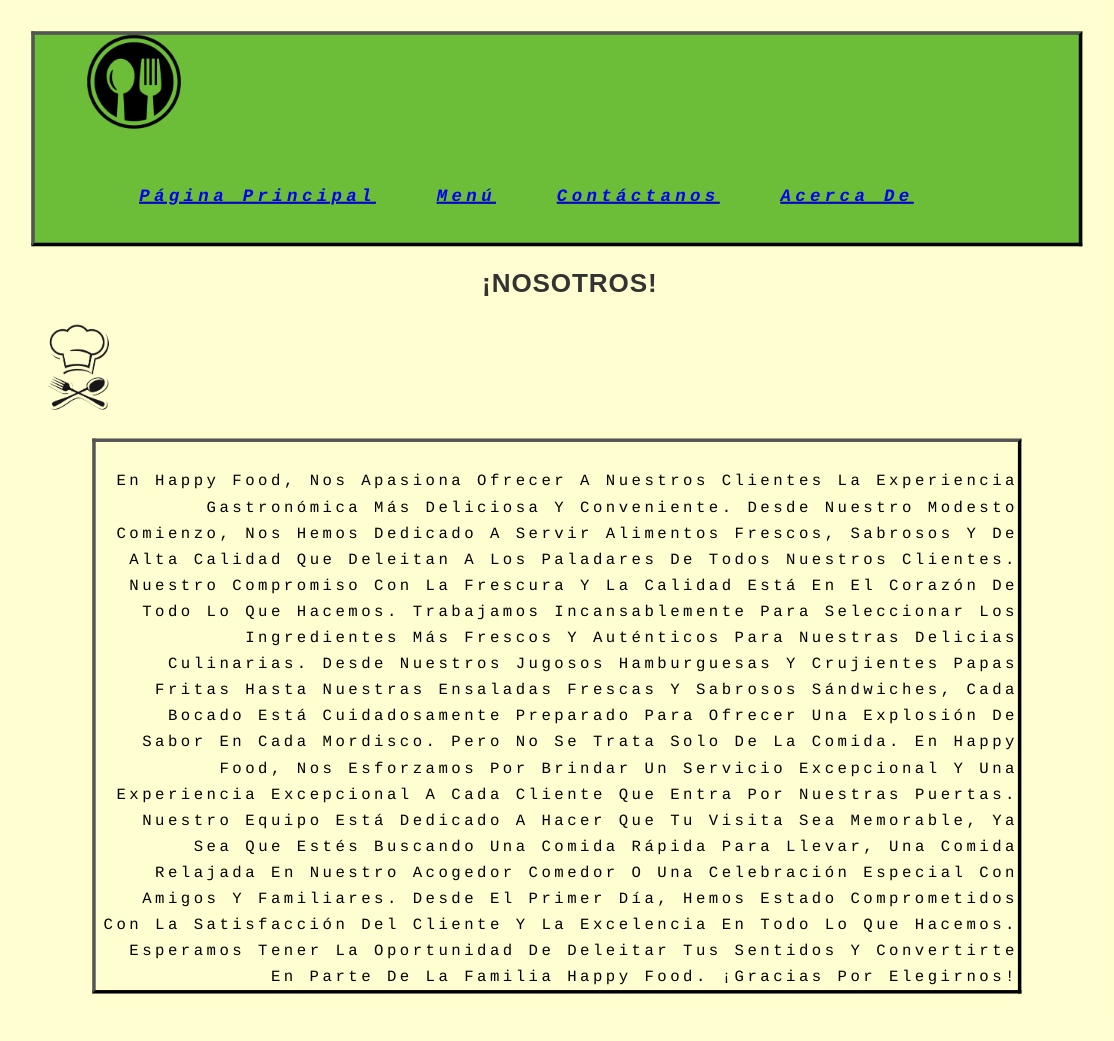
Repository: UVMCoyoacan/eq06_sitio1
Page: Carpeta docs/acercade.html
These files come from the project's save history. The page is drawn as it stood at one moment and after the next save; the edit follows.
The browser window is 1280 px wide. The pictures show the whole page, at 87% of full size.

Above is the page before, as saved 2024-03-08 11:55:06.

After the next save:
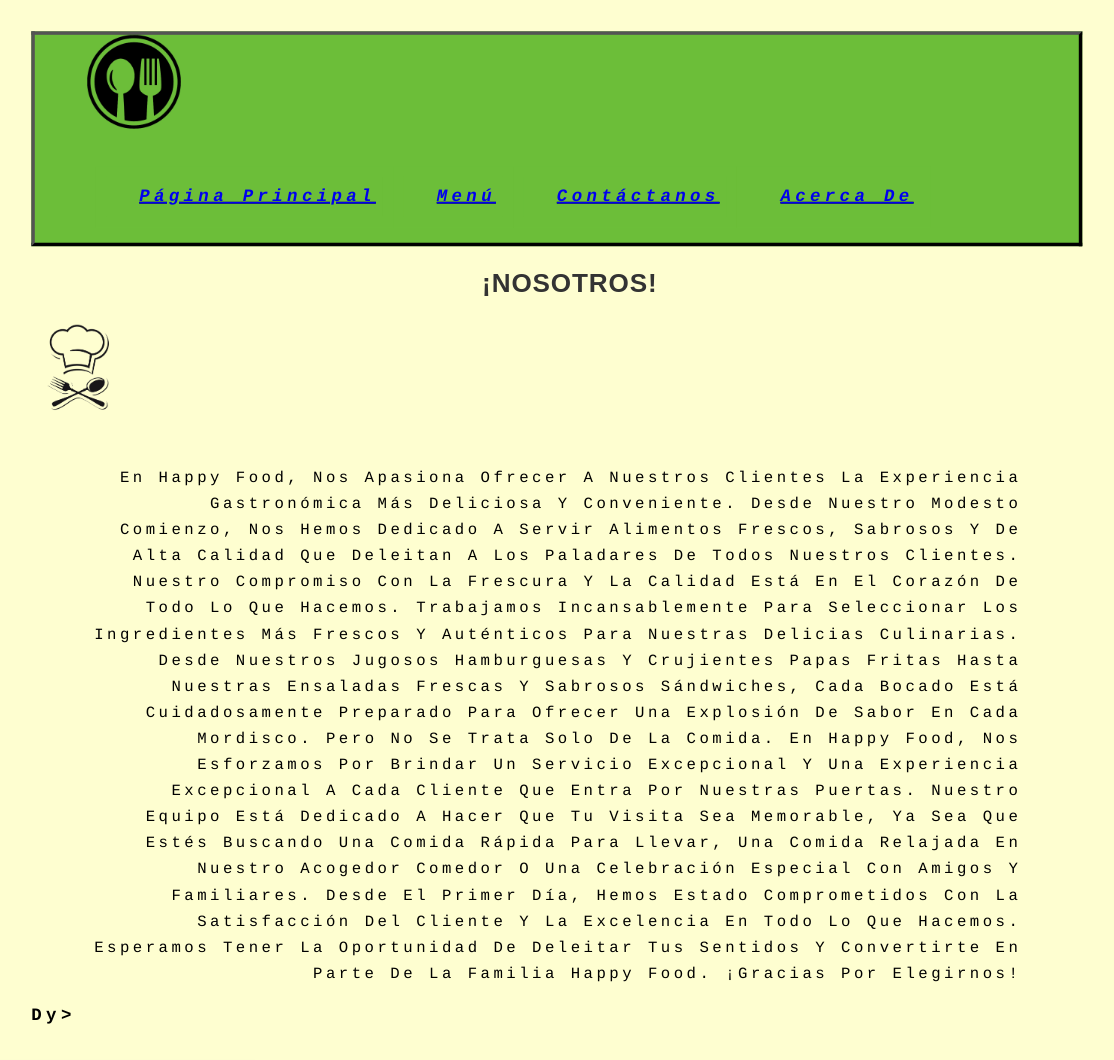
Saved 40 s later.
--- a/Carpeta docs/acercade.html
+++ b/Carpeta docs/acercade.html
@@ -20,13 +20,11 @@
         </div>
             </div>
         </header>
+<div>
         <h4> ¡Nosotros!</h4><img width="108" height="108" src="../Carpeta ims/spoon-removebg-preview.png" onclick="redirigirIndex()" style="text-align: left; cursor:pointer;";>
         <ul style="text-align: right;">
 
-<div
-style="border-style: outset;
-    border-color: #000000;
-    border-width: .4ch;">
+
 <br>
 
 En Happy Food, nos apasiona ofrecer a nuestros clientes la experiencia gastronómica más deliciosa y conveniente. Desde nuestro modesto comienzo, nos hemos dedicado a servir alimentos frescos, sabrosos y de alta calidad que deleitan a los paladares de todos nuestros clientes.
@@ -41,8 +39,8 @@ Desde el primer día, hemos estado comprometidos con la satisfacción del client
 
 
         </ul>
-    </div>
-    </body>
+
+    </bo</div>dy>
     <script src="../Carpeta js/js1.js">
     </script>
 </html>
